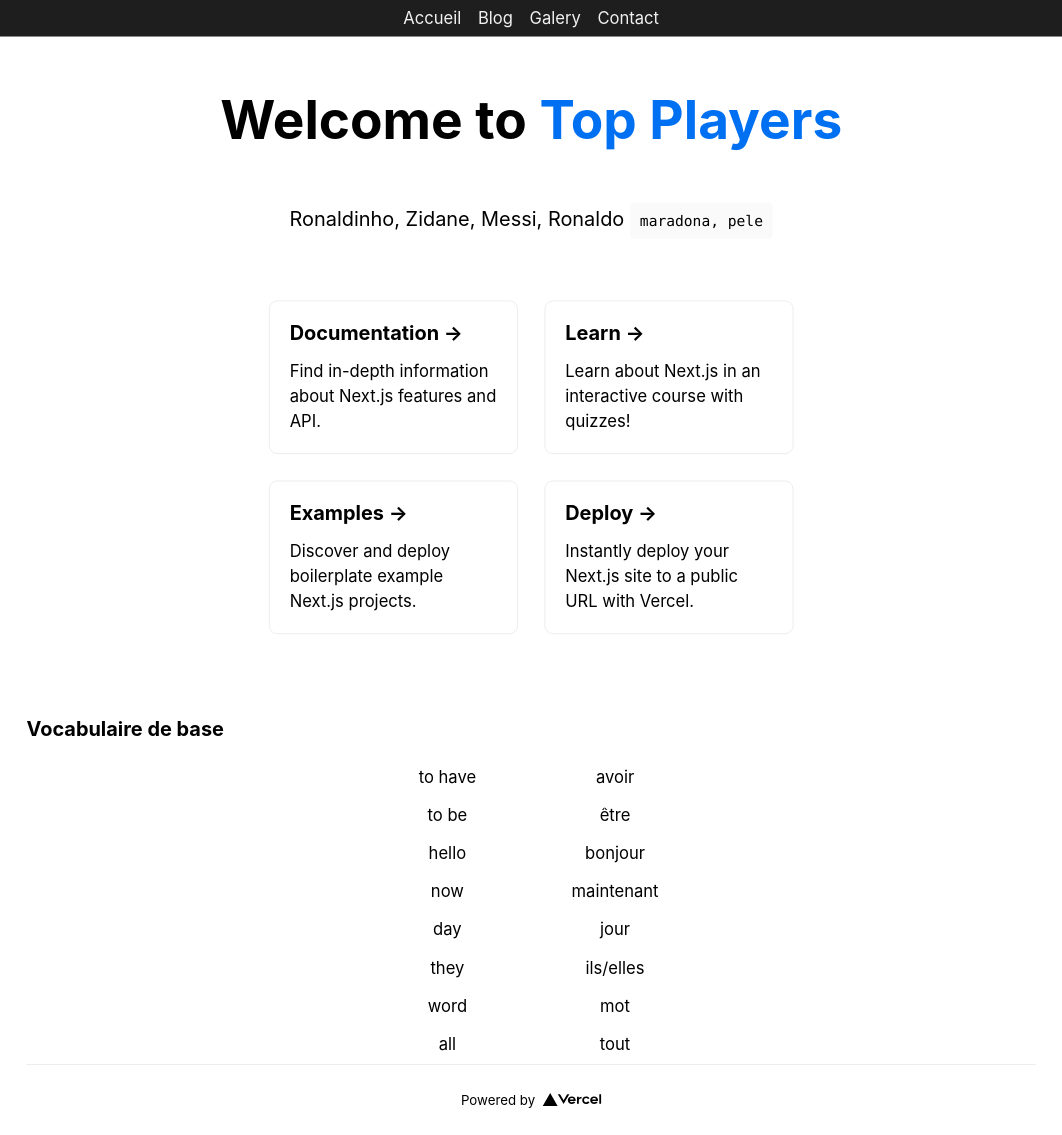
Repository: duncanidaho14/next-first-app
Page: /
These files come from the project's save history. The page is drawn as it stood at one moment and after a run of saves; the edit follows.
The browser window is 1280 px wide. The pictures show the whole page, at 83% of full size.
The project was rebuilt for these pictures with package versions that can differ from the ones it lists, and the page was loaded fresh each time. The framework's server and built-in components were replaced by stand-ins that run in the browser. Also part of the build but not shown: next.config.js.

Above is the page before, as saved 2022-03-06 12:40:05.

After the next 3 saves:
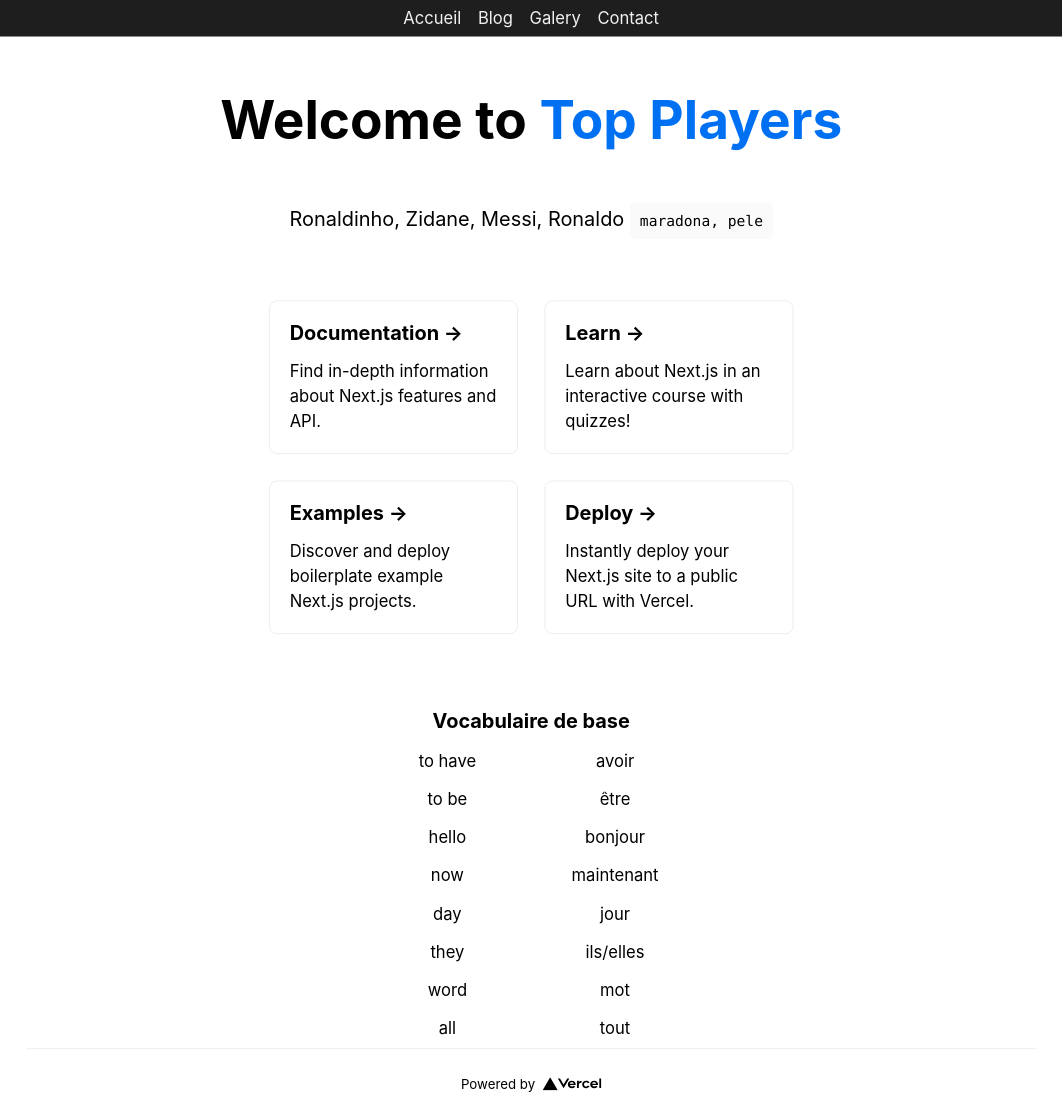
The 3 saves are shown as one change because 1 did not build or start and some came seconds apart.
The last was saved 42 s later.
--- a/pages/index.tsx
+++ b/pages/index.tsx
@@ -54,7 +54,7 @@ const Home: NextPage = (props) => {
         </div>
       </main>
       <div>
-        <h2 className=''>Vocabulaire de base</h2>
+        <h2 className={styles.titre}>Vocabulaire de base</h2>
         <table className={styles.tableau}>
           <tbody>
             {props.array.map(el => (
